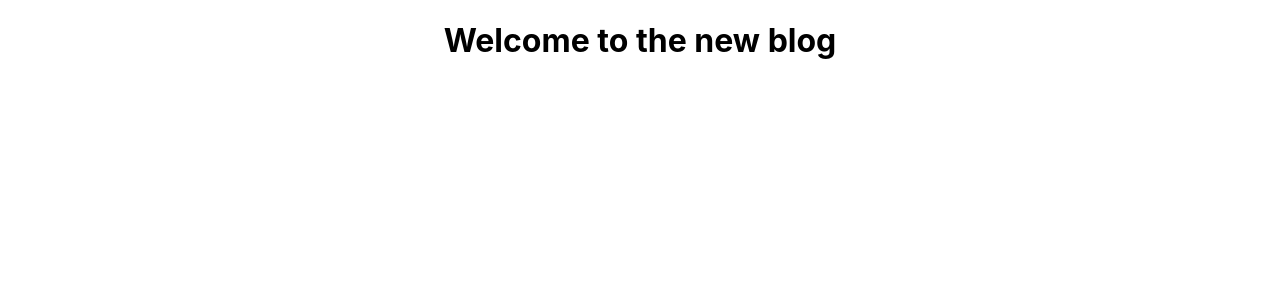
Repository: DESTINYAS/Reactjs
Page: /create
The author's editor kept a copy of each file at every save. The page is drawn from the files as they stood at one save, then again after the next save.
The browser window is 1280 px wide. The pictures show the whole page.
The project was rebuilt for these pictures with package versions that can differ from the ones it lists, and the page was loaded fresh each time.

Above is the page before, as saved 2022-11-27 18:50:50.

### src/App.js
import "./App.css";

function App() {
  const tittle = "Welcome to the new blog";
  return (
    <div className="App">
      <div className="content">
        <h1>{tittle}</h1>
      </div>
    </div>
  );
}

export default App;

Loaded but not shown: public/index.html (common file); src/index.js (common file); src/index.css (common file); src/reportWebVitals.js (common file); src/App.css (common file)

After the next save:
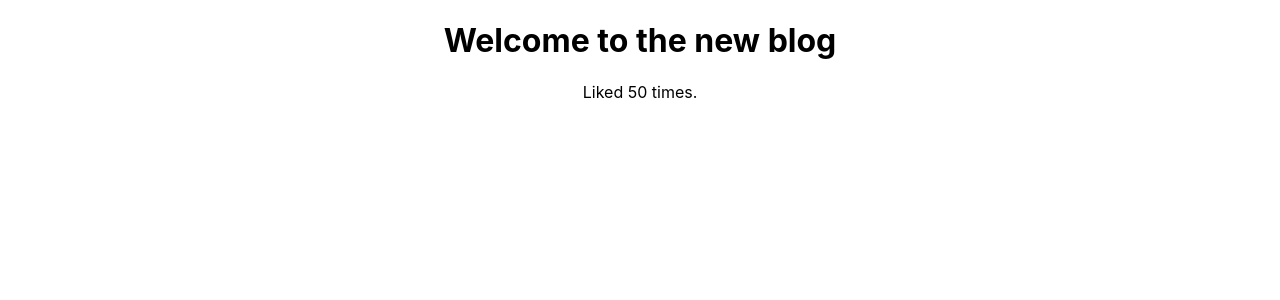
Saved 106 s later.
--- a/src/App.js
+++ b/src/App.js
@@ -2,10 +2,12 @@ import "./App.css";
 
 function App() {
   const tittle = "Welcome to the new blog";
+  const likes = 50;
   return (
     <div className="App">
       <div className="content">
         <h1>{tittle}</h1>
+        <p>Liked {likes} times.</p>
       </div>
     </div>
   );
